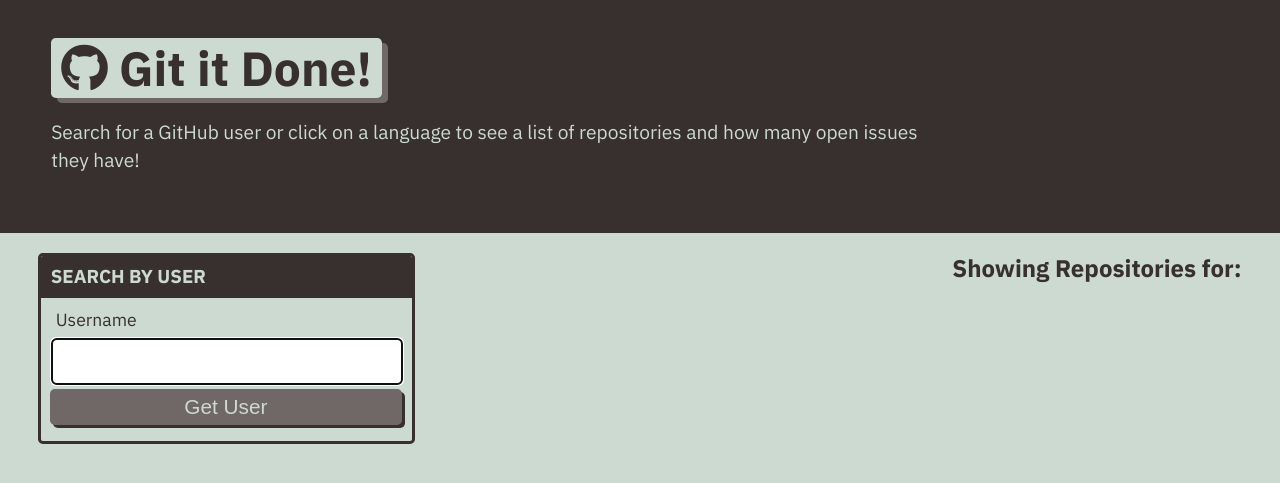
Repository: Brookethorson/git-it-done
Page: index.html
These files come from the project's save history. The page is drawn as it stood at one moment and after a run of saves; the edit follows.
The browser window is 1280 px wide. The pictures show the whole page.
Some web libraries are served in a nearby version.

Above is the page before, as saved 2021-09-04 17:37:20.

After the next 2 saves:
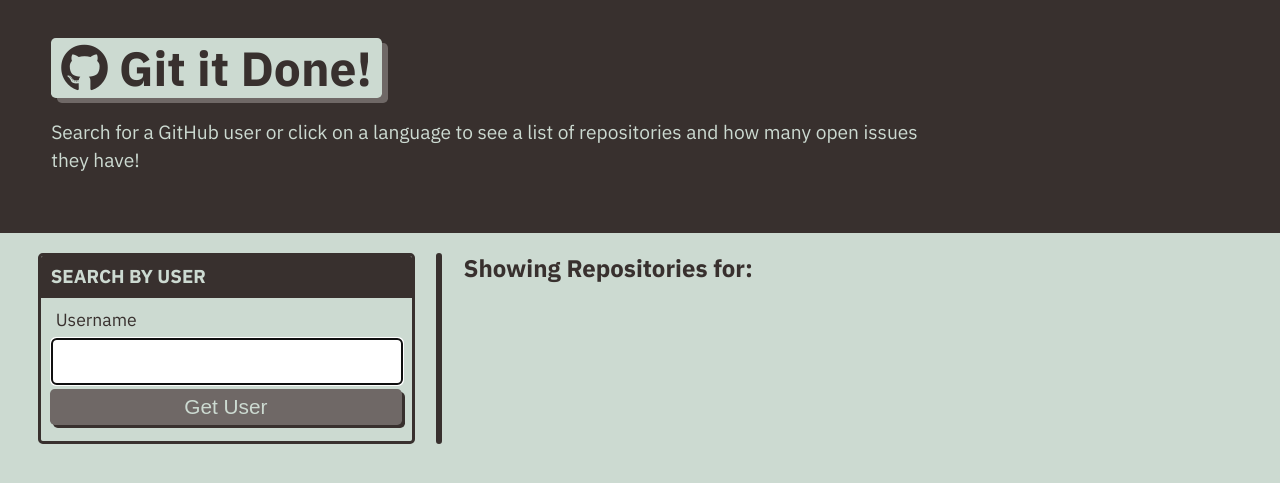
The 2 saves are shown as one change because they came seconds apart.
The last was saved 5 s later.
--- a/index.html
+++ b/index.html
@@ -32,7 +32,7 @@
       </div>
     </div>
 
-    <div class=""
+    <div class="card"></div>
 
     <div class="col-12 col-md-8">
       <h2 class="subtitle">Showing Repositories for: <span id="repo-search-term"></span></h2>
